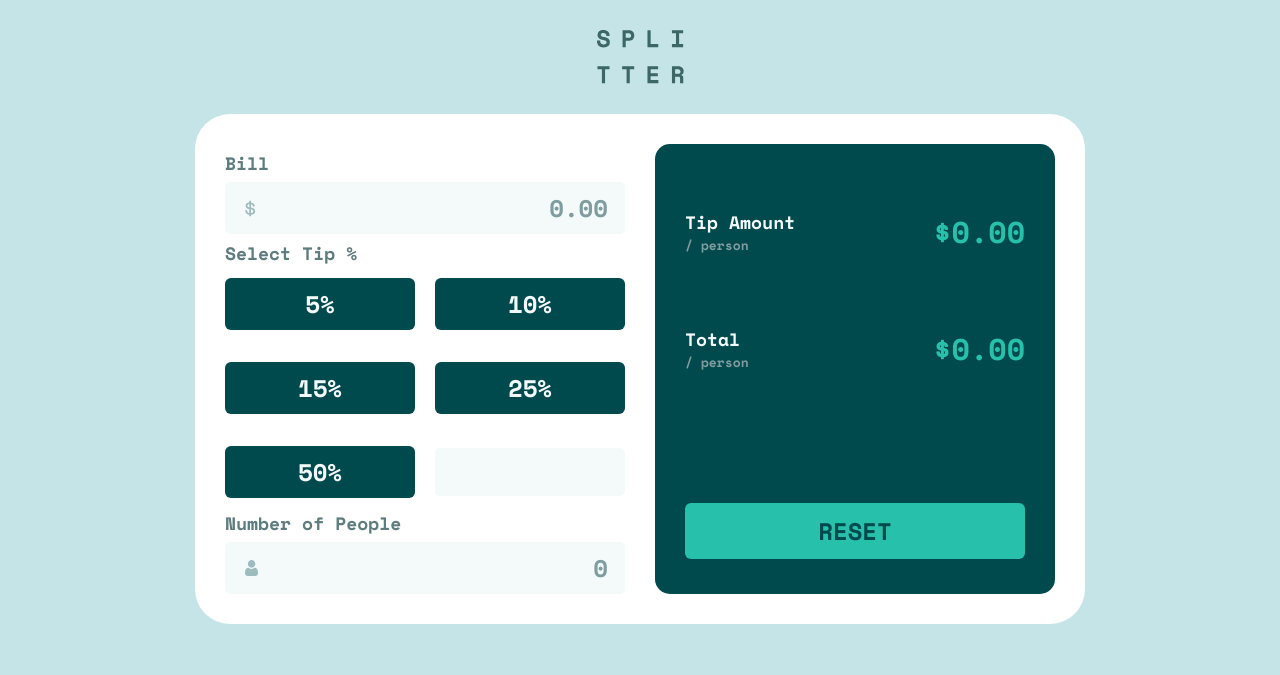
Repository: tomas938/tipcalculator
Page: /
An editor plug-in stored every save of this project. The page is shown before and after the next save, followed by the edit.
The browser window is 1280 px wide. The pictures show the whole page.
The project was rebuilt for these pictures with package versions that can differ from the ones it lists, and the page was loaded fresh each time.

Above is the page before, as saved 2021-08-04 13:39:21.

After the next save:
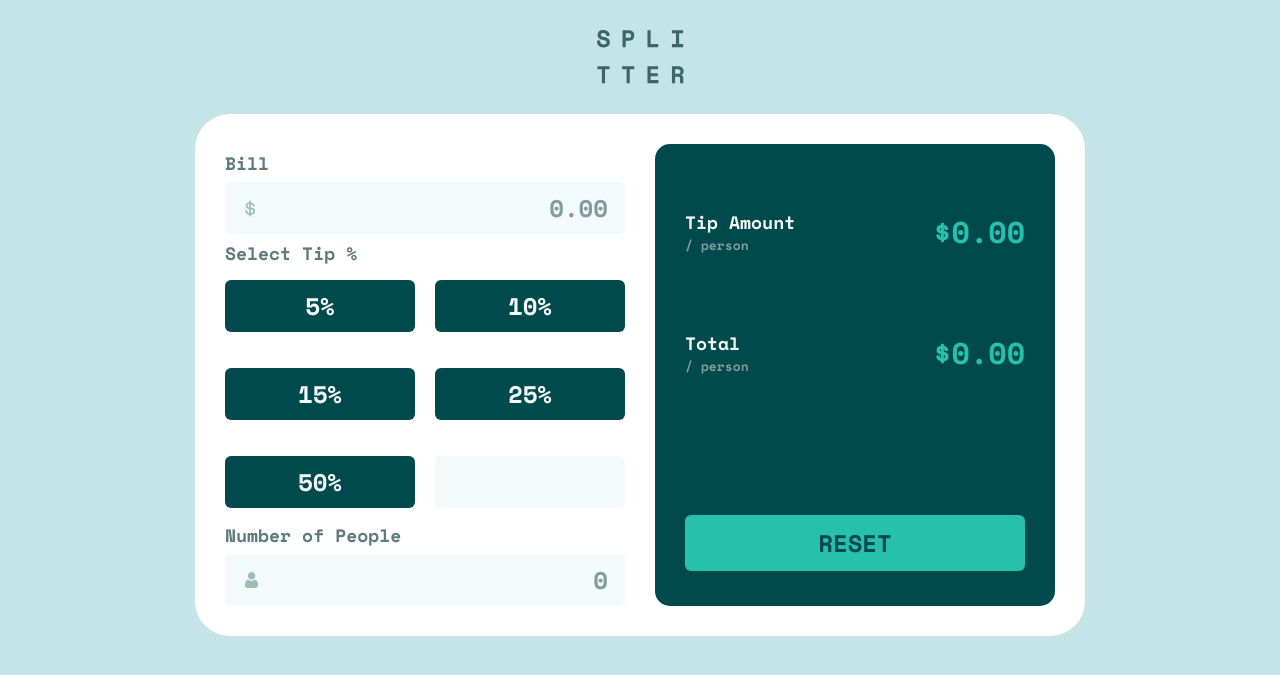
Saved 6 s later.
--- a/src/components/Splitter.vue
+++ b/src/components/Splitter.vue
@@ -243,9 +243,6 @@ h3 {
 	background-color: transparent;
 
 	#custom {
-		// padding: 0;
-		border: none;
-		outline: none;
 	}
 	&:hover {
 		background-color: transparent;
